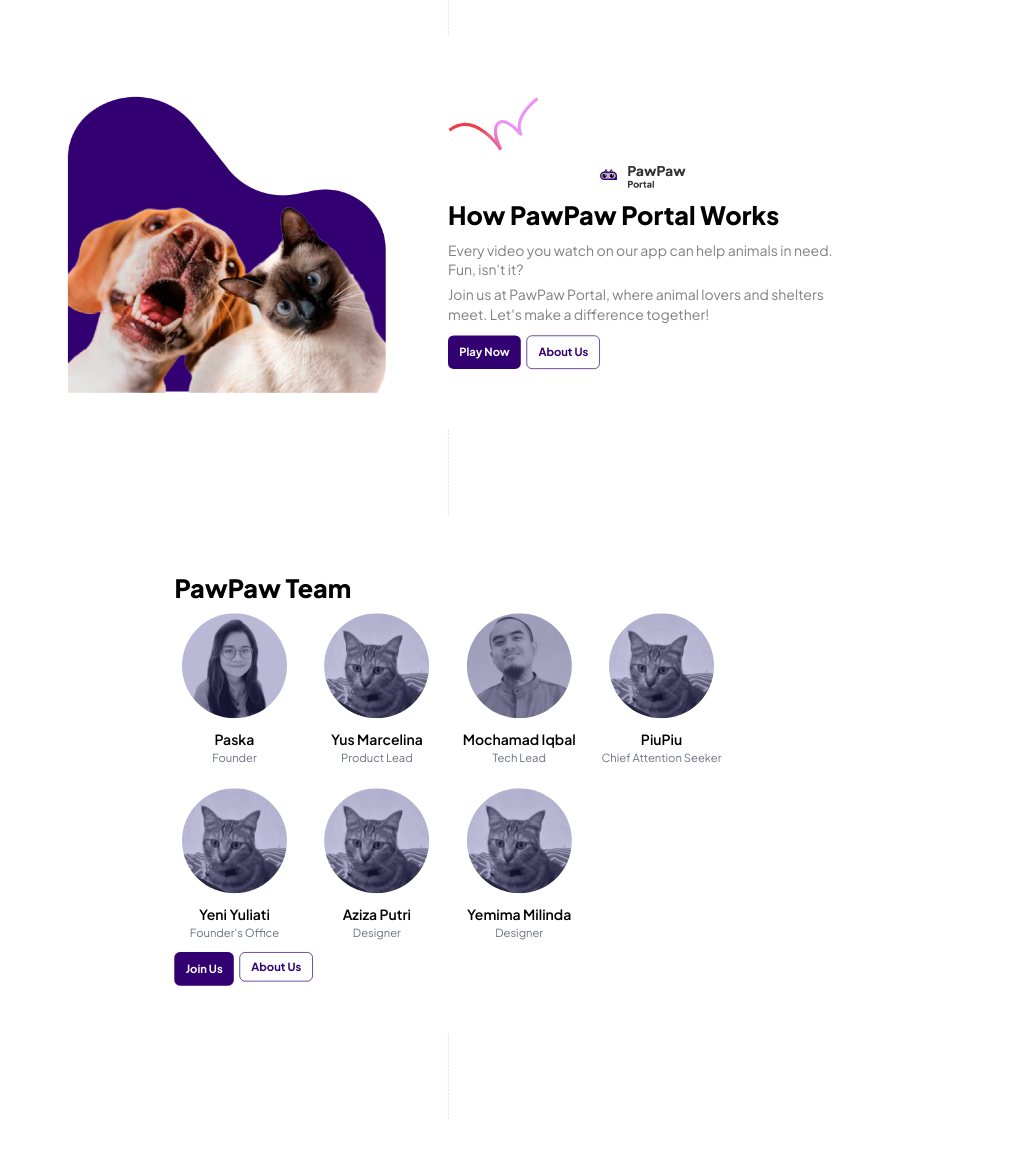
Repository: paskasiregar/pawpawwebsite
Page: /
An editor plug-in stored every save of this project. The page is shown before and after the next save, followed by the edit.
The browser window is 1280 px wide. The page is 1450 px wide, so the pictures cover 1450 px, including what lies to the right of the window. The pictures show the part of the page from y = 963 to 2643 px (the page is 4056 px tall), at 70% of full size.
The project was rebuilt for these pictures with package versions that can differ from the ones it lists, and the page was loaded fresh each time. The framework's server and built-in components were replaced by stand-ins that run in the browser. Also part of the build but not shown: next.config.js, next.config.mjs.

Above is the page before, as saved 2024-09-06 11:45:04.

### src/app/layout.js
import { Inter } from "next/font/google";
import "./globals.css";

const inter = Inter({ subsets: ["latin"] });

export const metadata = {
  title: "PawPaw Portal | Your One-Stop Shelter",
  description: "Your One-Stop Shelter",
};

export default function RootLayout({ children }) {
  return (
    <html lang="en">
      <meta
        name="google-adsense-account"
        content="ca-pub-4770655134097556"
      ></meta>
      <body className={inter.className}>{children}</body>
    </html>
  );
}

### src/app/page.js
import { Contact } from "@/components/contact";
import { Divider } from "@/components/divider";
import { Footer } from "@/components/footer";
import { Header } from "@/components/header";
import CTA from "@/components/CTA";
import Hero from "@/components/hero";
import PrimaryButton from "@/components/primaryButton";
import SecButton from "@/components/secButton";
import Image from "next/image";
import bannerImage from "../assets/banner.png";
import logoHeaderImage from "../assets/banner-10.png";
import Link from "next/link";
import Head from "next/head";
import piupiu from "../assets/piupiu.png";
import paska from "../assets/paska.png";
import iqbal from "../assets/iqbal.png";

export default async function Home() {
  return (
    <div className="w-full font-plus-jakarta m-auto flex min-h-screen flex-col items-center justify-between">
      <Head>
        <script
          async
          src="https://pagead2.googlesyndication.com/pagead/js/adsbygoogle.js?client=ca-pub-4770655134097556"
          crossorigin="anonymous"
        ></script>
      </Head>
      <section className="w-full">
        <div className="centeredcontainer main-container">
          <Header />
        </div>
        <main className="main-container">
          <Hero />
          <Divider />
          <div className="self-stretch bg-white flex flex-col md:flex-row">
            <div className="flex-1 relative h-48 md:h-[489px] z-[0] flex items-center justify-center">
              <Image
                className="w-[80%] h-auto object-cover"
                alt="banner"
                src={bannerImage}
                width={200}
                height={200}
              />
            </div>

            {/* How it works */}
            <div
              id="how-it-works"
              className="flex-1 flex flex-col items-center md:items-start justify-center gap-4 z-[1] p-4 md:p-8"
            >
              <div className="space-y-4">
                <div className="flex justify-center md:justify-start">
                  <svg
                    width="130"
                    height="77"
                    viewBox="0 0 130 77"
                    fill="none"
                    xmlns="http://www.w3.org/2000/svg"
                  >
                    <path
                      d="M2.04016 48.038C39.1938 19.0059 75.4362 75.5193 75.4362 75.5193C58.6481 44.4597 70.5515 14.7701 105.05 54.8444C105.05 54.8444 88.8644 34.0647 127.885 2.52962"
                      stroke="url(#paint0_linear_545_35744)"
                      strokeWidth="4.42591"
                      strokeMiterlimit="10"
                      strokeLinejoin="bevel"
                    />
                    <defs>
                      <linearGradient
                        id="paint0_linear_545_35744"
                        x1="19.971"
                        y1="73.8863"
                        x2="126.116"
                        y2="-0.218346"
                        gradientUnits="userSpaceOnUse"
                      >
                        <stop offset="0.2868" stopColor="#E9404C" />
                        <stop offset="0.2967" stopColor="#EA475C" />
                        <stop offset="0.3252" stopColor="#EB5B85" />
                        <stop offset="0.3554" stopColor="#EB6CA8" />
                        <stop offset="0.3871" stopColor="#EC79C5" />
                        <stop offset="0.4209" stopColor="#EC84DB" />
                        <stop offset="0.4577" stopColor="#ED8BEB" />
                        <stop offset="0.4998" stopColor="#ED90F4" />
                        <stop offset="0.5589" stopColor="#ED91F7" />
                      </linearGradient>
                    </defs>
                  </svg>
                </div>
                <div className="hidden md:flex items-center justify-center">
                  <Image
                    className="w-36 h-10 object-cover"
                    alt="Logo"
                    src={logoHeaderImage}
                    width={120}
                    height={20}
                  />
                </div>
                <div className="flex flex-col items-center md:items-start">
                  <div className="relative font-extrabold text-2xl md:text-4xl text-center md:text-left">
                    How PawPaw Portal Works
                  </div>
                </div>
                <div className="self-stretch flex flex-col md:flex-row items-center md:items-start justify-start text-lg md:text-xl text-gray-500">
                  <div className="flex-1 flex flex-col items-center md:items-start justify-start">
                    <div className="self-stretch">
                      <p className="m-0 text-center md:text-left">
                        Every video you watch on our app can help animals in
                        need. Fun, isn&apos;t it?
                      </p>
                      <p className="m-2"></p>
                      <p className="m-0 text-center md:text-left">
                        Join us at PawPaw Portal, where animal lovers and
                        shelters meet. Let&apos;s make a difference together!
                      </p>
                    </div>
                  </div>
                </div>
                <div className="flex flex-col md:flex-row gap-2">
                  <PrimaryButton href="https://game.pawpawportal.com">
                    Play Now
                  </PrimaryButton>
                  <Link
                    href="#about-us"
                    className="flex flex-col md:flex-row gap-2"
                  >
                    <SecButton>About Us</SecButton>
                  </Link>
                </div>
              </div>
            </div>
          </div>

          {/* Team */}
          <Divider />
          <div
            id="team"
            className="flex-1 flex flex-col items-center md:items-center justify-center gap-4 z-[1] p-4 md:p-8"
          >
            <div className="space-y-4">
              <div className="flex justify-center md:justify-start">
                {/* Optional SVG or Image can go here */}
              </div>

              <div className="flex flex-col items-center md:items-start">
                <div className="relative font-extrabold text-2xl md:text-4xl text-center md:text-center">
                  PawPaw Team
                </div>
              </div>

              <div className="grid grid-cols-1 md:grid-cols-2 lg:grid-cols-4 gap-6 md:gap-8">
                {/* Paska */}
                <div className="flex flex-col items-center">
                  <Image
                    className="rounded-full"
                    alt="Paska"
                    src={paska}
                    width={150}
                    height={150}
                  />
                  <div className="text-xl font-semibold mt-4">Paska</div>
                  <div className="text-gray-500">Founder</div>
                </div>

                {/* Kak Yus */}
                <div className="flex flex-col items-center">
                  <Image
                    className="rounded-full"
                    alt="Yus"
                    src={piupiu}
                    width={150}
                    height={150}
                  />
                  <div className="text-xl font-semibold mt-4">
                    Yus Marcelina
                  </div>
                  <div className="text-gray-500">Product Lead</div>
                </div>

                {/* Mas Iqbal */}
                <div className="flex flex-col items-center">
                  <Image
                    className="rounded-full"
                    alt="Iqbal"
                    src={iqbal}
                    width={150}
                    height={150}
                  />
                  <div className="text-xl font-semibold mt-4">
                    Mochamad Iqbal
                  </div>
                  <div className="text-gray-500">Tech Lead</div>
                </div>

                {/* PiuPiu */}
                <div className="flex flex-col items-center">
                  <Image
                    className="rounded-full"
                    alt="PiuPiu"
                    src={piupiu}
                    width={150}
                    height={150}
                  />
                  <div className="text-xl font-semibold mt-4">PiuPiu</div>
                  <div className="text-gray-500">Chief Attention Seeker</div>
                </div>

                {/* Julie */}
                <div className="flex flex-col items-center">
                  <Image
                    className="rounded-full"
                    alt="Yeni Yuliati"
                    src={piupiu}
                    width={150}
                    height={150}
                  />
                  <div className="text-xl font-semibold mt-4">Yeni Yuliati</div>
                  <div className="text-gray-500">Founder's Office</div>
                </div>

                {/* Aziza */}
                <div className="flex flex-col items-center">
                  <Image
                    className="rounded-full"
                    alt="Aziza Putri"
                    src={piupiu}
                    width={150}
                    height={150}
                  />
                  <div className="text-xl font-semibold mt-4">Aziza Putri</div>
                  <div className="text-gray-500">Designer</div>
                </div>

                {/* Yemima */}
                <div className="flex flex-col items-center">
                  <Image
                    className="rounded-full"
                    alt="Yemima Milinda"
                    src={piupiu}
                    width={150}
                    height={150}
                  />
                  <div className="text-xl font-semibold mt-4">
                    Yemima Milinda
                  </div>
                  <div className="text-gray-500">Designer</div>
                </div>
              </div>

              <div className="flex flex-col md:flex-row gap-2">
                <PrimaryButton href="https://game.pawpawportal.com">
                  Join Us
                </PrimaryButton>
                <Link href="#about-us">
                  <SecButton>About Us</SecButton>
                </Link>
              </div>
            </div>
          </div>

          <Divider />
          <Contact />
        </main>
        <div className="w-full">
          <div>
            <CTA />
          </div>
          <div id="about-us">
            <Footer />
          </div>
        </div>
      </section>
    </div>
  );
}

### src/app/globals.css
@import url("https://fonts.googleapis.com/css2?family=Plus+Jakarta+Sans:wght@400;600;700;800&display=swap");

@tailwind base;
@tailwind components;
@tailwind utilities;

body {
  font-family: "Plus Jakarta Sans", sans-serif;
}

p,
ul {
  color: gray;
  margin-bottom: 2px;
}

section {
  margin-bottom: 8px;
}

.hero-bg {
  display: flex;
  background: radial-gradient(circle,
      rgb(204, 188, 230) 10%,
      rgb(255, 255, 255) 50%);
}

.cta-container {
  display: flex;
  justify-content: center;
  align-items: center;
  position: relative;
  background: radial-gradient(circle, rgb(14, 4, 4) 0%, rgb(14, 1, 51) 100%);
  padding: 20px;
  gap: 20px;
  min-height: 200px;
}

.cta-button {
  display: inline-block;
  padding: 20px 40px;
  font-size: 24px;
  font-weight: bold;
  color: white;
  background: black;
  border-radius: 40px;
  position: relative;
  z-index: 1;
  overflow: hidden;
  transition: all 0.3s ease;
  text-align: center;
}

.cta-button::before {
  content: "";
  position: absolute;
  top: -2px;
  left: -2px;
  right: -2px;
  bottom: -2px;
  background: linear-gradient(90deg,
      rgb(255, 244, 97) 0%,
      rgb(187, 61, 255) 50%,
      rgb(142, 23, 23) 100%);
  z-index: -1;
  border-radius: inherit;
}

.cta-button::after {
  content: "";
  position: absolute;
  top: 2px;
  left: 2px;
  right: 2px;
  bottom: 2px;
  background: black;
  z-index: -1;
  border-radius: inherit;
}

.cta-button:hover {
  color: rgb(237, 246, 133);
  background: white;
}

.footer-bg {
  background: radial-gradient(circle, rgb(14, 4, 4) 0%, rgb(14, 1, 51) 100%);
  color: white;
  text-align: center;
  padding: 20px;
}

.centeredcontainer {
  width: 100vw;
  height: auto;
}

.main-container {
  width: 100%;
  max-width: 1200px;
  margin: 0 auto;
  padding: 0;
}

.header-content {
  display: flex;
  flex-direction: row;
  align-items: center;
  justify-content: space-between;
}

.header-logo-button {
  display: flex;
  flex-direction: row;
  align-items: center;
  gap: 16px;
  /* Adjust spacing as needed */
}

html {
  scroll-behavior: smooth;
}

### src/components/contact.jsx
import React from "react";
import PrimaryButton from "@/components/primaryButton";
import NameInput from "./nameInput";
import EmailInput from "./emailInput";
import MessageInput from "./mesageInput";
import Image from "next/image";
import logoHeaderImage from "../assets/banner-10.png";

export const Contact = () => {
  return (
    <div className="font-plus-jakarta flex flex-col items-center justify-center py-16 px-4 md:px-[200px] gap-[40px] text-29xl">
      <div className="flex justify-start items-start">
        <svg
          width="1620"
          height="188"
          viewBox="0 0 1620 188"
          fill="none"
          xmlns="http://www.w3.org/2000/svg"
        >
          <path
            d="M1891 188C1891 100.375 1784.67 29.342 1653.5 29.342C1522.34 29.342 1413.53 100.375 1413.53 188C1413.53 122.37 1317.84 69.158 1199.78 69.158C1081.72 69.158 986.029 122.362 986.029 188C986.029 85.8274 930.825 3 862.735 3C794.645 3 737.369 85.8274 737.369 188C737.369 108.853 646.33 44.6865 534.029 44.6865C421.728 44.6865 330.689 108.853 330.689 188C330.689 134.381 239.649 90.9105 127.349 90.9105C15.0481 90.9105 -76 134.381 -76 188"
            stroke="url(#paint0_linear_545_35799)"
            strokeWidth="6"
            strokeMiterlimit="10"
            strokeLinejoin="bevel"
          />
          <defs>
            <linearGradient
              id="paint0_linear_545_35799"
              x1="-84.5283"
              y1="91.1699"
              x2="1899.52"
              y2="91.1699"
              gradientUnits="userSpaceOnUse"
            >
              <stop offset="0.0224" stopColor="#EBADD7" />
              <stop offset="1" stopColor="#FF2445" />
            </linearGradient>
          </defs>
        </svg>
      </div>
      <Image
        className="w-36 h-10 object-cover"
        alt="Logo"
        src={logoHeaderImage}
        width={120}
        height={20}
      />
      <div className="text-4xl font-extrabold w-full">Contact Us</div>
      <form
        action="https://forms.office.com/Pages/ResponsePage.aspx?id=FYBQO9x7eUe5JQ3XgE-7JgfHRnXS951Jum6QCf1rDZlUOTFYM1gyVUNMUzAyRTlFRVlHNUo5UVVRSy4u"
        method="post"
        target="_blank"
        className="w-full"
      >
        <div className="w-full flex flex-col items-start gap-[16px] text-base text-light-l800 font-regular-reg-2">
          <div className="w-full flex flex-col md:flex-row gap-[20px]">
            <div className="w-full md:w-1/2">
              <label
                htmlFor="name"
                className="w-full block text-sm font-medium text-gray-700"
              ></label>
              <NameInput className="w-full" id="name" name="name" required />
            </div>
            <div className="w-full md:w-1/2">
              <label
                htmlFor="email"
                className="block text-sm font-medium text-gray-700"
              ></label>
              <EmailInput className="w-full" id="email" name="email" required />
            </div>
          </div>
          <div className="w-full">
            <label
              htmlFor="message"
              className="block text-sm font-medium text-gray-700"
            ></label>
            <MessageInput
              className="w-full"
              id="message"
              name="message"
              required
            />
          </div>
        </div>
        <div className="mt-4">
          <PrimaryButton type="submit">Send Now</PrimaryButton>
        </div>
      </form>
    </div>
  );
};

export default Contact;

### src/components/divider.jsx
export const Divider = () => {
  return (
    <div className="self-stretch h-[195px] flex flex-row items-center justify-center py-16 px-[130px] box-border">
      <div className="w-px relative box-border h-[121px] border-r-[1px] border-dashed border-gray-300" />
    </div>
  );
};

### src/components/header.jsx
import Link from "next/link";
import PrimaryButton from "@/components/primaryButton";
import React from "react";
import Image from "next/image";
import logoHeaderImage from "../assets/banner-10.png";

export const Header = () => {
  return (
    <div className="font-plus-jakarta w-full flex flex-col items-center justify-center text-left text-gray-500">
      <div className="self-stretch bg-white flex flex-col items-center justify-center text-sm">
        <div className="w-full header-content p-2.5 box-border">
          <Link href="/">
            {" "}
            {/* Homepage */}
            <Image
              className="w-36 h-10 object-cover"
              alt="Logo"
              src={logoHeaderImage}
              width={120}
              height={20}
            />
          </Link>
          <div className="hidden md:flex flex-row items-center justify-center gap-8">
            <div>
              <Link href="#how-it-works">How It Works</Link>
            </div>
            <div>
              <Link href="#about-us">About Us</Link>
            </div>
            <div>
              <Link href="/privacy">Privacy Policy</Link>
            </div>
          </div>
          <div className="header-logo-button">
            <PrimaryButton href="https://game.pawpawportal.com">
              Be Our Hero Today!
            </PrimaryButton>
          </div>
        </div>
      </div>
    </div>
  );
};

export default Header;

### src/components/CTA.jsx
import React from "react";
import Link from "next/link";

const CTA = () => {
  return (
    <div className="cta-container font-plus-jakarta p-4 md:p-8 flex flex-col md:flex-row items-center justify-center">
      <svg
        className="cta-decoration mb-4 md:mb-0 md:mr-4"
        width="48"
        height="46"
        viewBox="0 0 48 46"
        fill="none"
        xmlns="http://www.w3.org/2000/svg"
      >
        <path
          d="M2 46C2 27.296 29.551 30.0086 36.5736 34.5625C36.5736 34.5625 14.4611 2 47.5714 2"
          stroke="url(#cta_gradient)"
          strokeWidth="3.92857"
          strokeMiterlimit="10"
          strokeLinejoin="bevel"
        />
        <defs>
          <linearGradient
            id="cta_gradient"
            x1="37.3571"
            y1="2"
            x2="7.5"
            y2="46"
            gradientUnits="userSpaceOnUse"
          >
            <stop stopColor="#FF2445" />
            <stop offset="1" stopColor="#F5AB0E" />
          </linearGradient>
        </defs>
      </svg>
      <Link href="https://game.pawpawportal.com">
        <div className="cta-button text-center bg-gradient-to-r from-orange-500 to-pink-500 text-white font-bold py-2 px-4 rounded-lg shadow-lg cursor-pointer">
          Play Our Game Now
        </div>
      </Link>
    </div>
  );
};

export default CTA;

### src/components/primaryButton.jsx
import React from "react";

const PrimaryButton = ({ children, onClick }) => {
  return (
    <button
      className="self-stretch bg-inherit-320071 hover:bg-blue-700 text-white font-bold px-4 py-3 rounded-lg"
      onClick={onClick}
    >
      {children}
    </button>
  );
};

export default PrimaryButton;

### src/components/secButton.jsx
import React from "react";

const SecButton = ({ children, onClick }) => {
  return (
    <button
      className="bg-white border border-inherit-320071 text-inherit-320071 font-bold py-2 px-4 rounded-lg"
      onClick={onClick}
    >
      {children}
    </button>
  );
};

export default SecButton;

### src/components/nameInput.jsx
import React from "react";

const NameInput = ({ value, onChange }) => {
  return (
    <div className="mb-4">
      <label
        className="block text-gray-700 text-sm font-bold mb-2"
        htmlFor="name"
      >
        Name
      </label>
      <input
        id="name"
        type="text"
        value={value}
        onChange={onChange}
        className="shadow appearance-none border rounded w-full py-2 px-3 text-gray-700 leading-tight focus:outline-none focus:shadow-outline"
        placeholder="Your Name"
      />
    </div>
  );
};

export default NameInput;

### src/components/emailInput.jsx
import React from "react";

const EmailInput = ({ value, onChange }) => {
  return (
    <div className="mb-4">
      <label
        className="block text-gray-700 text-sm font-bold mb-2"
        htmlFor="email"
      >
        Email
      </label>
      <input
        id="email"
        type="email"
        value={value}
        onChange={onChange}
        className="shadow appearance-none border rounded w-full py-2 px-3 text-gray-700 leading-tight focus:outline-none focus:shadow-outline"
        placeholder="Your Email"
      />
    </div>
  );
};

export default EmailInput;

### src/components/mesageInput.jsx
import React from "react";

const MessageInput = ({ value, onChange }) => {
  return (
    <div className="mb-4">
      <label
        className="block text-gray-700 text-sm font-bold mb-2"
        htmlFor="message"
      >
        Message
      </label>
      <textarea
        id="message"
        value={value}
        onChange={onChange}
        className="shadow appearance-none border rounded w-full py-2 px-3 text-gray-700 leading-tight focus:outline-none focus:shadow-outline"
        placeholder="Your Message"
        rows="5"
      />
    </div>
  );
};

export default MessageInput;

Loaded but not shown: tailwind.config.js (24 lines, source omitted); src/components/hero.jsx (211 lines, source omitted); src/components/footer.jsx (175 lines, source omitted)

After the next save:
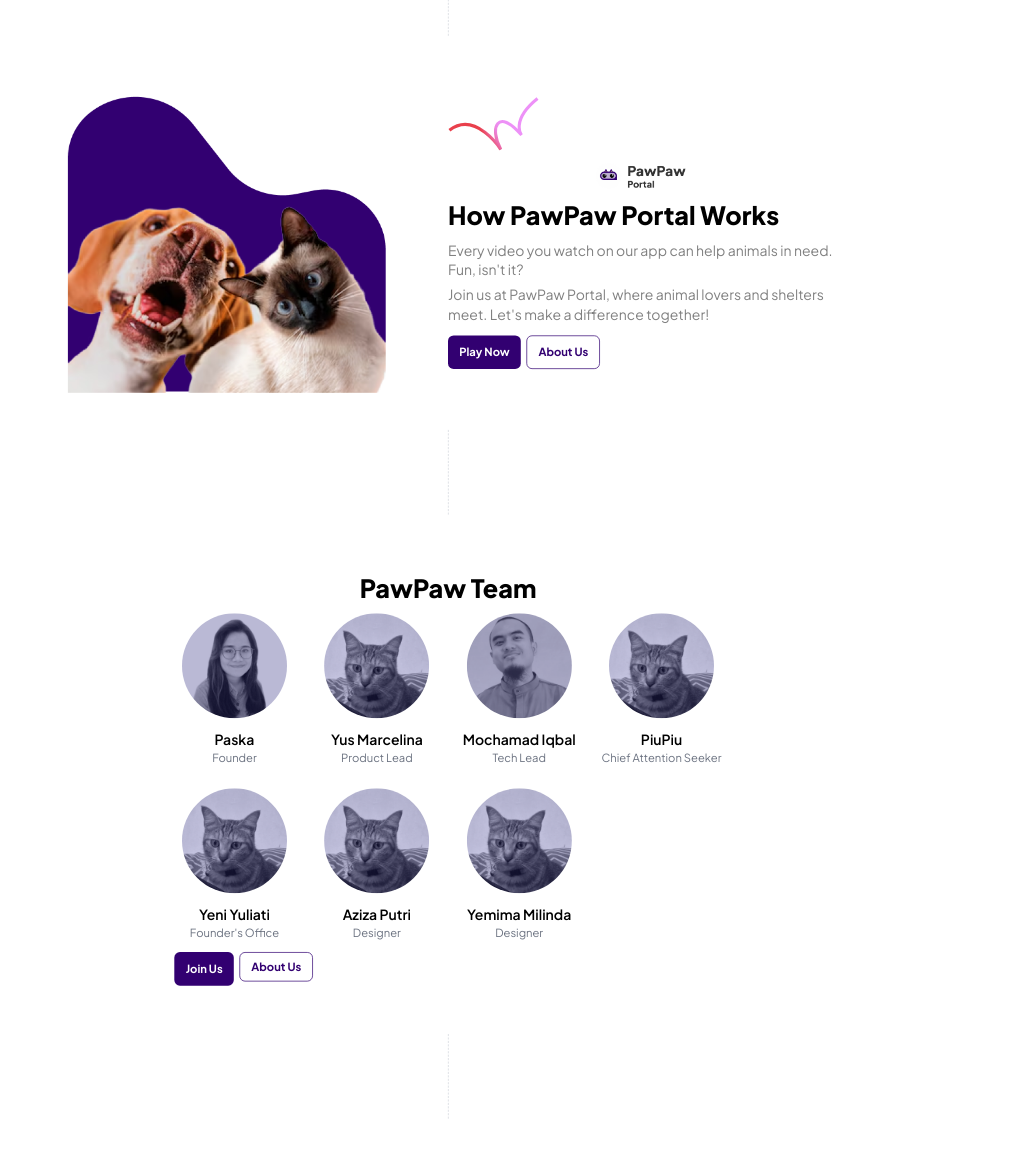
Saved 9 s later.
--- a/src/app/page.js
+++ b/src/app/page.js
@@ -141,7 +141,7 @@ export default async function Home() {
                 {/* Optional SVG or Image can go here */}
               </div>
 
-              <div className="flex flex-col items-center md:items-start">
+              <div className="flex flex-col items-center md:items-center">
                 <div className="relative font-extrabold text-2xl md:text-4xl text-center md:text-center">
                   PawPaw Team
                 </div>
